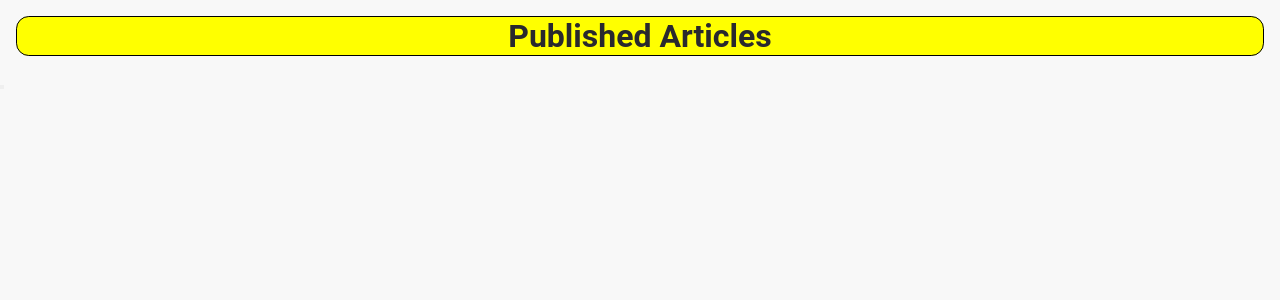
Repository: batmit/publish_articles
Page: /articles
The author's editor kept a copy of each file at every save. The page is drawn from the files as they stood at one save, then again after the next save.
The browser window is 1280 px wide. The pictures show the whole page.
The page's requests for data from a server got no answer. The project was rebuilt for these pictures with package versions that can differ from the ones it lists, and the page was loaded fresh each time. No one was signed in, and anything a server would have sent is missing. Also part of the build but not shown: src/styles/Home.scss, src/pages/Home.tsx, src/pages/publish_articles.tsx.

Above is the page before, as saved 2021-06-29 14:31:07.

After the next save:
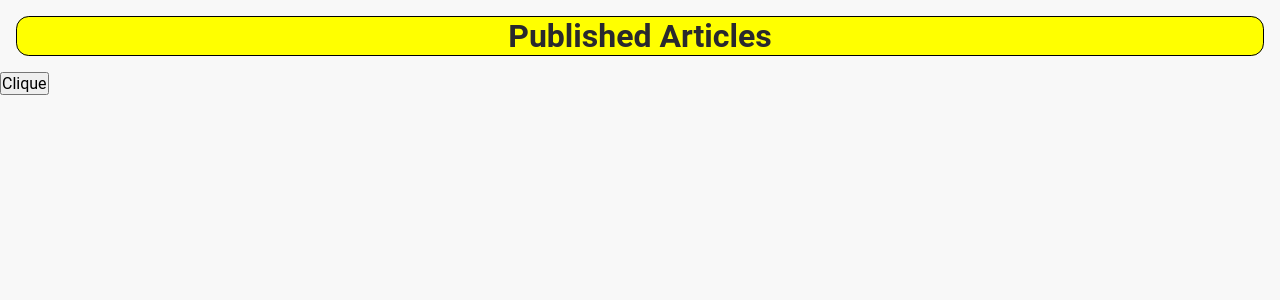
Saved 38 s later.
--- a/src/pages/articles.tsx
+++ b/src/pages/articles.tsx
@@ -36,7 +36,7 @@ export function Articles() {
                 <h1>Published Articles</h1>
             </header>
 
-            <button>{print()}</button>
+            <button onClick={print}>Clique</button>
 
         </>
     );
